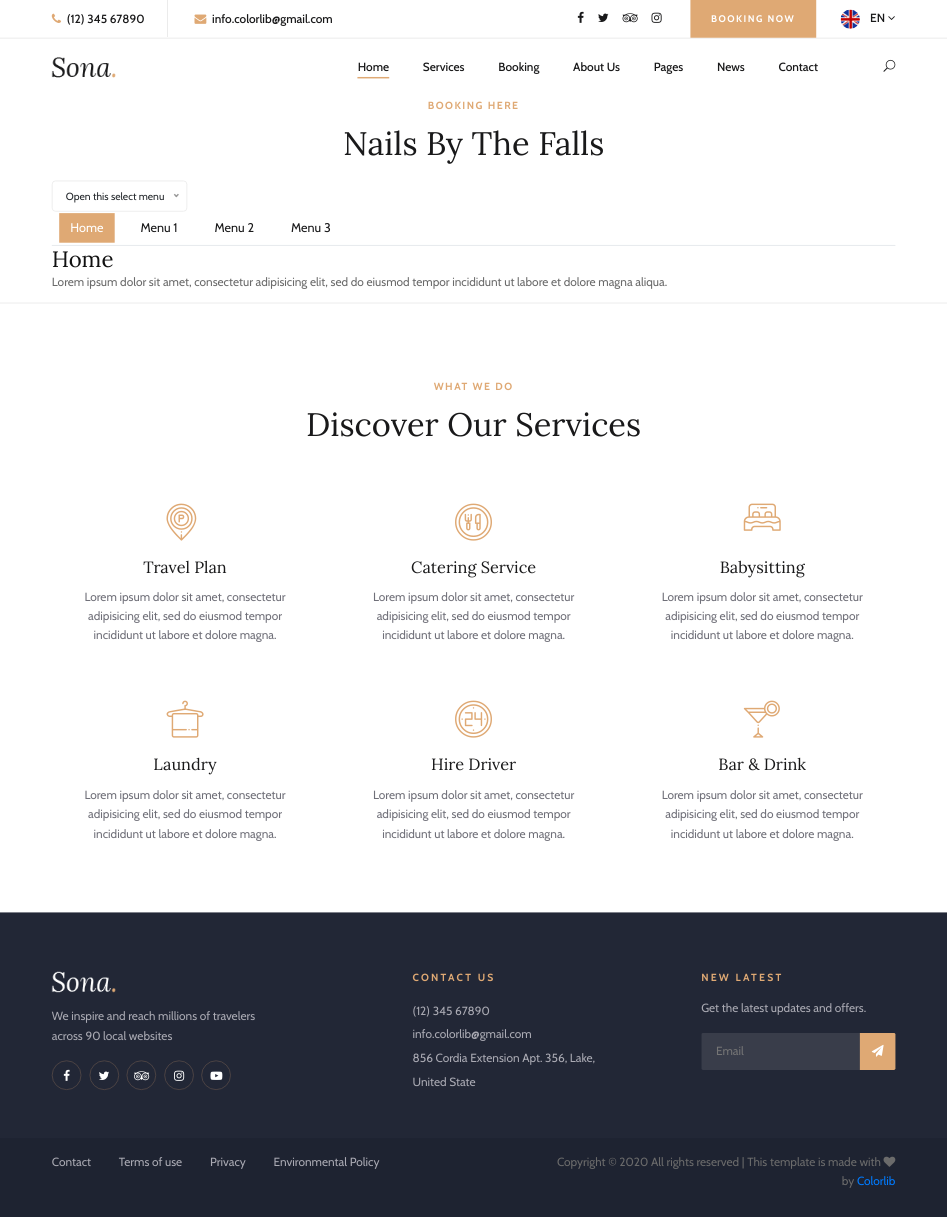
Repository: KeriBoss/Booking_Spa
Page: booking.html
An editor plug-in stored every save of this project. The page is shown before and after the next save, followed by the edit.
The browser window is 1280 px wide. The pictures show the whole page, at 74% of full size.

Above is the page before, as saved 2023-05-19 16:03:23.

### booking.html
<!DOCTYPE html>
<html lang="zxx">

<head>
    <meta charset="UTF-8" />
    <meta name="description" content="Sona Template" />
    <meta name="keywords" content="Sona, unica, creative, html" />
    <meta name="viewport" content="width=device-width, initial-scale=1.0" />
    <meta http-equiv="X-UA-Compatible" content="ie=edge" />
    <title>Nail | Template</title>

    <!-- Google Font -->
    <link href="https://fonts.googleapis.com/css?family=Lora:400,700&display=swap" rel="stylesheet" />
    <link href="https://fonts.googleapis.com/css?family=Cabin:400,500,600,700&display=swap" rel="stylesheet" />

    <!-- Css Styles -->
    <link rel="stylesheet" href="css/bootstrap.min.css" type="text/css" />
    <link rel="stylesheet" href="css/font-awesome.min.css" type="text/css" />
    <link rel="stylesheet" href="css/elegant-icons.css" type="text/css" />
    <link rel="stylesheet" href="css/flaticon.css" type="text/css" />
    <link rel="stylesheet" href="css/owl.carousel.min.css" type="text/css" />
    <link rel="stylesheet" href="css/nice-select.css" type="text/css" />
    <link rel="stylesheet" href="css/jquery-ui.min.css" type="text/css" />
    <link rel="stylesheet" href="css/magnific-popup.css" type="text/css" />
    <link rel="stylesheet" href="css/slicknav.min.css" type="text/css" />
    <link rel="stylesheet" href="css/style.css" type="text/css" />
</head>

<body>
    <!-- Page Preloder -->
    <div id="preloder">
        <div class="loader"></div>
    </div>

    <!-- Offcanvas Menu Section Begin -->
    <div class="offcanvas-menu-overlay"></div>
    <div class="canvas-open">
        <i class="icon_menu"></i>
    </div>
    <div class="offcanvas-menu-wrapper">
        <div class="canvas-close">
            <i class="icon_close"></i>
        </div>
        <div class="search-icon search-switch">
            <i class="icon_search"></i>
        </div>
        <div class="header-configure-area">
            <div class="language-option">
                <img src="img/flag.jpg" alt="" />
                <span>EN <i class="fa fa-angle-down"></i></span>
                <div class="flag-dropdown">
                    <ul>
                        <li><a href="#">Zi</a></li>
                        <li><a href="#">Fr</a></li>
                    </ul>
                </div>
            </div>
            <a href="#" class="bk-btn">Booking Now</a>
        </div>
        <nav class="mainmenu mobile-menu">
            <ul>
                <li class="active"><a href="./index.html">Home</a></li>
                <li><a href="./rooms.html">Rooms</a></li>
                <li><a href="./about-us.html">About Us</a></li>
                <li>
                    <a href="./pages.html">Pages</a>
                    <ul class="dropdown">
                        <li><a href="./room-details.html">Room Details</a></li>
                        <li><a href="#">Deluxe Room</a></li>
                        <li><a href="#">Family Room</a></li>
                        <li><a href="#">Premium Room</a></li>
                    </ul>
                </li>
                <li><a href="./blog.html">News</a></li>
                <li><a href="./contact.html">Contact</a></li>
            </ul>
        </nav>
        <div id="mobile-menu-wrap"></div>
        <div class="top-social">
            <a href="#"><i class="fa fa-facebook"></i></a>
            <a href="#"><i class="fa fa-twitter"></i></a>
            <a href="#"><i class="fa fa-tripadvisor"></i></a>
            <a href="#"><i class="fa fa-instagram"></i></a>
        </div>
        <ul class="top-widget">
            <li><i class="fa fa-phone"></i> (12) 345 67890</li>
            <li><i class="fa fa-envelope"></i> info.colorlib@gmail.com</li>
        </ul>
    </div>
    <!-- Offcanvas Menu Section End -->

    <!-- Header Section Begin -->
    <header class="header-section">
        <div class="top-nav">
            <div class="container">
                <div class="row">
                    <div class="col-lg-6">
                        <ul class="tn-left">
                            <li><i class="fa fa-phone"></i> (12) 345 67890</li>
                            <li><i class="fa fa-envelope"></i> info.colorlib@gmail.com</li>
                        </ul>
                    </div>
                    <div class="col-lg-6">
                        <div class="tn-right">
                            <div class="top-social">
                                <a href="#"><i class="fa fa-facebook"></i></a>
                                <a href="#"><i class="fa fa-twitter"></i></a>
                                <a href="#"><i class="fa fa-tripadvisor"></i></a>
                                <a href="#"><i class="fa fa-instagram"></i></a>
                            </div>
                            <a href="#" class="bk-btn">Booking Now</a>
                            <div class="language-option">
                                <img src="img/flag.jpg" alt="" />
                                <span>EN <i class="fa fa-angle-down"></i></span>
                                <div class="flag-dropdown">
                                    <ul>
                                        <li><a href="#">Zi</a></li>
                                        <li><a href="#">Fr</a></li>
                                    </ul>
                                </div>
                            </div>
                        </div>
                    </div>
                </div>
            </div>
        </div>
        <div class="menu-item">
            <div class="container">
                <div class="row">
                    <div class="col-lg-2">
                        <div class="logo">
                            <a href="./index.html">
                                <img src="img/logo.png" alt="" />
                            </a>
                        </div>
                    </div>
                    <div class="col-lg-10">
                        <div class="nav-menu">
                            <nav class="mainmenu">
                                <ul>
                                    <li class="active"><a href="./index.html">Home</a></li>
                                    <li><a href="./rooms.html">Services</a></li>
                                    <li><a href="./rooms.html">Booking</a></li>
                                    <li><a href="./about-us.html">About Us</a></li>
                                    <li>
                                        <a href="./pages.html">Pages</a>
                                        <ul class="dropdown">
                                            <li><a href="./room-details.html">Room Details</a></li>
                                            <li><a href="./blog-details.html">Blog Details</a></li>
                                            <li><a href="#">Family Room</a></li>
                                            <li><a href="#">Premium Room</a></li>
                                        </ul>
                                    </li>
                                    <li><a href="./blog.html">News</a></li>
                                    <li><a href="./contact.html">Contact</a></li>
                                </ul>
                            </nav>
                            <div class="nav-right search-switch">
                                <i class="icon_search"></i>
                            </div>
                        </div>
                    </div>
                </div>
            </div>
        </div>
    </header>
    <!-- Header End -->

    <!-- Booking start-->
    <section class="booking-nail">
        <div class="container">
            <div class="row">
                <div class="col-lg-12">
                    <div class="section-title">
                        <span>Booking here</span>
                        <h2>Nails By The Falls</h2>
                    </div>
                </div>
                <div class="col-lg-12">
                    <div class="m-auto">
                        <select class="form-select" aria-label="Default select example">
                            <option selected>Open this select menu</option>
                            <option value="1">One</option>
                            <option value="2">Two</option>
                            <option value="3">Three</option>
                          </select>
                    </div>
                </div>
                <div class="col-lg-12">
                    <div class="card-booking">
                        <ul class="nav nav-tabs">
                            <li class="active"><a class="active" data-toggle="tab" href="#home">Home</a></li>
                            <li><a data-toggle="tab" href="#menu1">Menu 1</a></li>
                            <li><a data-toggle="tab" href="#menu2">Menu 2</a></li>
                            <li><a data-toggle="tab" href="#menu3">Menu 3</a></li>
                        </ul>

                        <div class="tab-content">
                            <div id="home" class="tab-pane fade show active">
                                <h3>Home</h3>
                                <p>Lorem ipsum dolor sit amet, consectetur adipisicing elit, sed do eiusmod tempor
                                    incididunt ut labore et dolore magna aliqua.</p>
                            </div>

                            <div id="menu1" class="tab-pane fade">
                                <h3>Menu 1</h3>
                                <p>Lorem ipsum dolor sit amet, consectetur adipisicing elit, sed do eiusmod tempor
                                    incididunt ut labore et dolore magna aliqua.</p>
                            </div>

                            <div id="menu2" class="tab-pane fade">
                                <h3>Menu 2</h3>
                                <p>Lorem ipsum dolor sit amet, consectetur adipisicing elit, sed do eiusmod tempor
                                    incididunt ut labore et dolore magna aliqua.</p>
                            </div>

                            <div id="menu3" class="tab-pane fade">
                                <h3>Menu 3</h3>
                                <p>Lorem ipsum dolor sit amet, consectetur adipisicing elit, sed do eiusmod tempor
                                    incididunt ut labore et dolore magna aliqua.</p>
                            </div>

                        </div>

                    </div>
                </div>
            </div>
        </div>
    </section>
    <!-- Booking end-->

    <!-- Services Section End -->
    <section class="services-section spad">
        <div class="container">
            <div class="row">
                <div class="col-lg-12">
                    <div class="section-title">
                        <span>What We Do</span>
                        <h2>Discover Our Services</h2>
                    </div>
                </div>
            </div>
            <div class="row">
                <div class="col-lg-4 col-sm-6">
                    <div class="service-item">
                        <i class="flaticon-036-parking"></i>
                        <h4>Travel Plan</h4>
                        <p>
                            Lorem ipsum dolor sit amet, consectetur adipisicing elit, sed do
                            eiusmod tempor incididunt ut labore et dolore magna.
                        </p>
                    </div>
                </div>
                <div class="col-lg-4 col-sm-6">
                    <div class="service-item">
                        <i class="flaticon-033-dinner"></i>
                        <h4>Catering Service</h4>
                        <p>
                            Lorem ipsum dolor sit amet, consectetur adipisicing elit, sed do
                            eiusmod tempor incididunt ut labore et dolore magna.
                        </p>
                    </div>
                </div>
                <div class="col-lg-4 col-sm-6">
                    <div class="service-item">
                        <i class="flaticon-026-bed"></i>
                        <h4>Babysitting</h4>
                        <p>
                            Lorem ipsum dolor sit amet, consectetur adipisicing elit, sed do
                            eiusmod tempor incididunt ut labore et dolore magna.
                        </p>
                    </div>
                </div>
                <div class="col-lg-4 col-sm-6">
                    <div class="service-item">
                        <i class="flaticon-024-towel"></i>
                        <h4>Laundry</h4>
                        <p>
                            Lorem ipsum dolor sit amet, consectetur adipisicing elit, sed do
                            eiusmod tempor incididunt ut labore et dolore magna.
                        </p>
                    </div>
                </div>
                <div class="col-lg-4 col-sm-6">
                    <div class="service-item">
                        <i class="flaticon-044-clock-1"></i>
                        <h4>Hire Driver</h4>
                        <p>
                            Lorem ipsum dolor sit amet, consectetur adipisicing elit, sed do
                            eiusmod tempor incididunt ut labore et dolore magna.
                        </p>
                    </div>
                </div>
                <div class="col-lg-4 col-sm-6">
                    <div class="service-item">
                        <i class="flaticon-012-cocktail"></i>
                        <h4>Bar & Drink</h4>
                        <p>
                            Lorem ipsum dolor sit amet, consectetur adipisicing elit, sed do
                            eiusmod tempor incididunt ut labore et dolore magna.
                        </p>
                    </div>
                </div>
            </div>
        </div>
    </section>
    <!-- Services Section End -->

    <!-- Footer Section Begin -->
    <footer class="footer-section">
        <div class="container">
            <div class="footer-text">
                <div class="row">
                    <div class="col-lg-4">
                        <div class="ft-about">
                            <div class="logo">
                                <a href="#">
                                    <img src="img/footer-logo.png" alt="" />
                                </a>
                            </div>
                            <p>
                                We inspire and reach millions of travelers<br />
                                across 90 local websites
                            </p>
                            <div class="fa-social">
                                <a href="#"><i class="fa fa-facebook"></i></a>
                                <a href="#"><i class="fa fa-twitter"></i></a>
                                <a href="#"><i class="fa fa-tripadvisor"></i></a>
                                <a href="#"><i class="fa fa-instagram"></i></a>
                                <a href="#"><i class="fa fa-youtube-play"></i></a>
                            </div>
                        </div>
                    </div>
                    <div class="col-lg-3 offset-lg-1">
                        <div class="ft-contact">
                            <h6>Contact Us</h6>
                            <ul>
                                <li>(12) 345 67890</li>
                                <li>info.colorlib@gmail.com</li>
                                <li>856 Cordia Extension Apt. 356, Lake, United State</li>
                            </ul>
                        </div>
                    </div>
                    <div class="col-lg-3 offset-lg-1">
                        <div class="ft-newslatter">
                            <h6>New latest</h6>
                            <p>Get the latest updates and offers.</p>
                            <form action="#" class="fn-form">
                                <input type="text" placeholder="Email" />
                                <button type="submit"><i class="fa fa-send"></i></button>
                            </form>
                        </div>
                    </div>
                </div>
            </div>
        </div>
        <div class="copyright-option">
            <div class="container">
                <div class="row">
                    <div class="col-lg-7">
                        <ul>
                            <li><a href="#">Contact</a></li>
                            <li><a href="#">Terms of use</a></li>
                            <li><a href="#">Privacy</a></li>
                            <li><a href="#">Environmental Policy</a></li>
                        </ul>
                    </div>
                    <div class="col-lg-5">
                        <div class="co-text">
                            <p>
                                <!-- Link back to Colorlib can't be removed. Template is licensed under CC BY 3.0. -->
                                Copyright &copy;
                                <script>
                                    document.write(new Date().getFullYear());
                                </script>
                                All rights reserved | This template is made with
                                <i class="fa fa-heart" aria-hidden="true"></i> by
                                <a href="https://colorlib.com" target="_blank">Colorlib</a>
                                <!-- Link back to Colorlib can't be removed. Template is licensed under CC BY 3.0. -->
                            </p>
                        </div>
                    </div>
                </div>
            </div>
        </div>
    </footer>
    <!-- Footer Section End -->

    <!-- Search model Begin -->
    <div class="search-model">
        <div class="h-100 d-flex align-items-center justify-content-center">
            <div class="search-close-switch"><i class="icon_close"></i></div>
            <form class="search-model-form">
                <input type="text" id="search-input" placeholder="Search here....." />
            </form>
        </div>
    </div>
    <!-- Search model end -->

    <!-- Js Plugins -->
    <script src="js/jquery-3.3.1.min.js"></script>
    <script src="js/bootstrap.min.js"></script>
    <script src="js/jquery.magnific-popup.min.js"></script>
    <script src="js/jquery.nice-select.min.js"></script>
    <script src="js/jquery-ui.min.js"></script>
    <script src="js/jquery.slicknav.js"></script>
    <script src="js/owl.carousel.min.js"></script>
    <script src="js/main.js"></script>
</body>

</html>

Loaded but not shown: css/bootstrap.min.css (library); css/font-awesome.min.css (library); css/flaticon.css (common file); css/owl.carousel.min.css (library); css/nice-select.css (common file); css/jquery-ui.min.css (library); css/magnific-popup.css (library); css/slicknav.min.css (common file); js/jquery-3.3.1.min.js (library); js/bootstrap.min.js (library); js/jquery.magnific-popup.min.js (library); js/jquery.nice-select.min.js (common file); js/jquery-ui.min.js (library); js/jquery.slicknav.js (library); js/owl.carousel.min.js (library); js/main.js (109 lines, source omitted); css/style.css (2354 lines, source omitted); css/elegant-icons.css (1157 lines, source omitted)

After the next save:
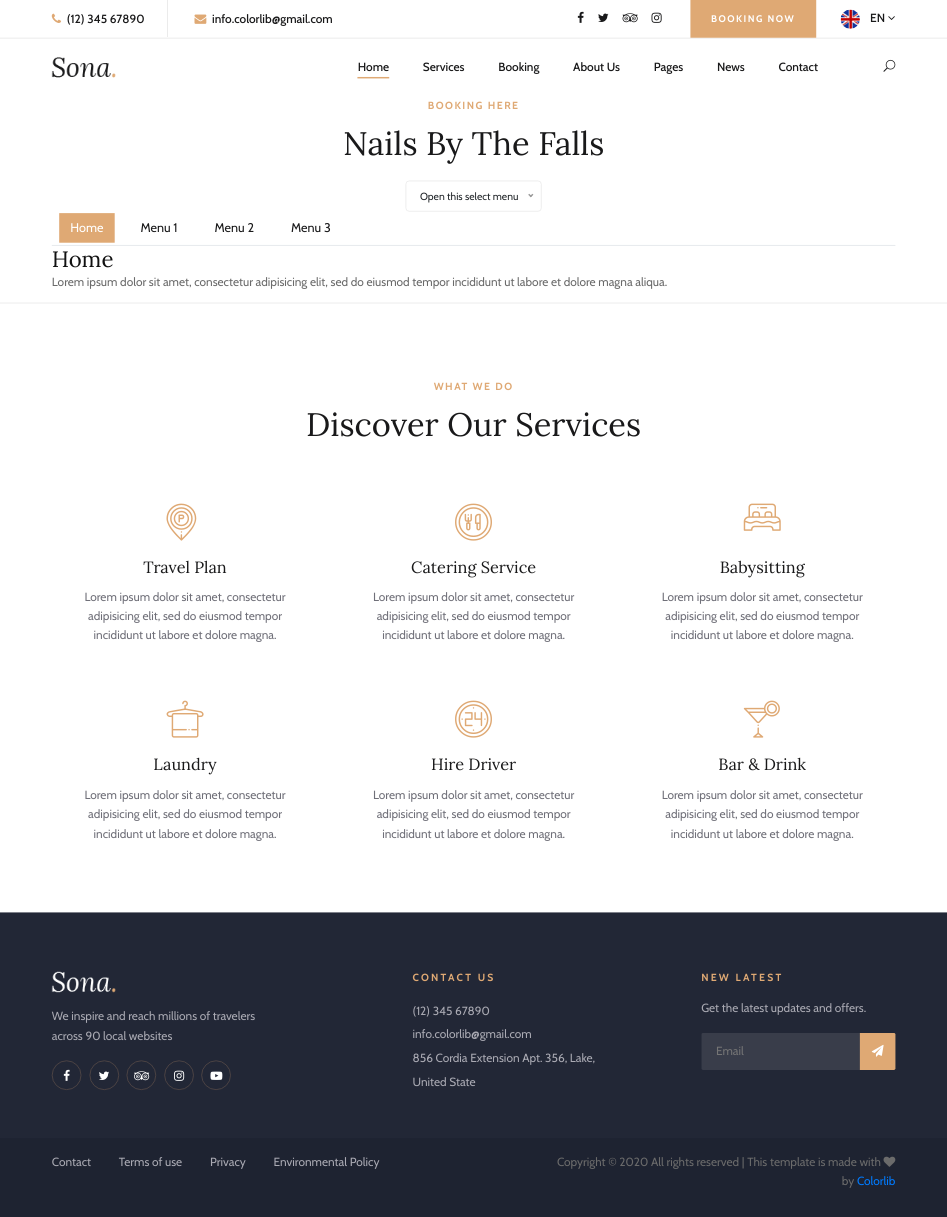
Saved 50 s later.
--- a/booking.html
+++ b/booking.html
@@ -177,7 +177,7 @@
                     </div>
                 </div>
                 <div class="col-lg-12">
-                    <div class="m-auto">
+                    <div class="d-flex justify-content-center align-items-center">
                         <select class="form-select" aria-label="Default select example">
                             <option selected>Open this select menu</option>
                             <option value="1">One</option>
